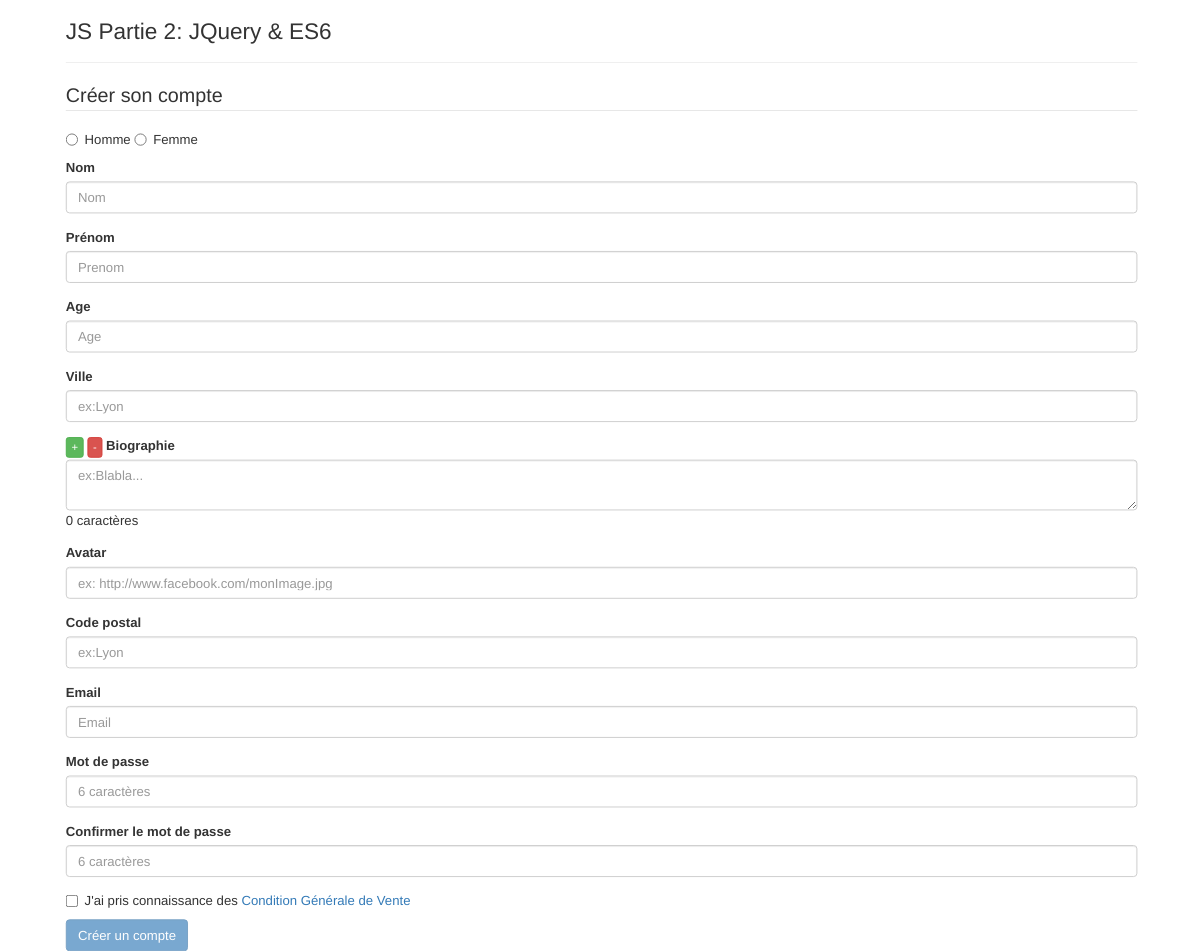
Repository: Symfomany/WildJQueryForm
Page: index.html
An editor plug-in stored every save of this project. The page is shown before and after the next save, followed by the edit.
The browser window is 1280 px wide. The pictures show the whole page, at 94% of full size.

Above is the page before, as saved 2017-03-06 07:04:05.

### index.html
<!DOCTYPE html>
<html lang="en">

<head>
    <title></title>
    <meta charset="UTF-8">
    <meta name="viewport" content="width=device-width, initial-scale=1">
    <!-- Latest compiled and minified CSS & JS -->
    <link rel="stylesheet" media="screen" href="http://netdna.bootstrapcdn.com/bootstrap/3.3.4/css/bootstrap.min.css">

</head>

<body>

    <div class="container">

        <h3>JS Partie 2: JQuery & ES6</h3>
        <hr />


        <form action="" method="POST" role="form">
            <legend>Créer son compte</legend>

            <div class="radio">
                <label>
                    <input type="radio" name="sexe" id="homme" value="homme">
                    Homme
                </label>
                <label>
                    <input type="radio" name="sexe" id="femme" value="femme" >
                    Femme
                </label>
            </div>


            <div class="form-group">
                <label for="">Nom</label>
                <input type="text" class="form-control" id="nom" placeholder="Nom">
            </div>

            <div class="form-group">
                <label for="">Prénom</label>
                <input type="text" class="form-control" id="prenom" placeholder="Prenom">
            </div>

            <div class="form-group">
                <label for="">Age</label>
                <input type="text" class="form-control" id="age" placeholder="Age">
            </div>

            <div class="form-group">
                <label for="">Ville</label>
                <input type="text" class="form-control" id="ville" placeholder="ex:Lyon">
            </div>

            <div class="form-group">
                <button class="btn btn-xs btn-success">+</button>
                <button class="btn btn-xs btn-danger">-</button>
                <label for="">Biographie</label>
                <textarea class="form-control" id="biography" placeholder="ex:Blabla..."></textarea>
                <span id="nbCars">0</span> caractères
            </div>



            <div class="form-group">
                <label for="">Avatar</label>
                <input type="url" class="form-control" id="avatar" placeholder="ex: http://www.facebook.com/monImage.jpg">
            </div>

            <div class="form-group">
                <label for="">Code postal</label>
                <input type="text" class="form-control" id="cp" placeholder="ex:Lyon">
            </div>

            <div class="form-group">
                <label for="">Email</label>
                <input type="email" class="form-control" id="email" placeholder="Email">
            </div>

            <div class="form-group">
                <label for="">Mot de passe</label>
                <input type="password" class="form-control" id="password" placeholder="6 caractères">
            </div>

            <div class="form-group">
                <label for="">Confirmer le mot de passe</label>
                <input type="password" class="form-control" id="password" placeholder="6 caractères">
            </div>


            <div class="checkbox">
                <label>
                    <input type="checkbox"> J'ai pris connaissance des <a>Condition Générale de Vente</a>
                </label>
            </div>


            <button disabled type="submit" class="btn btn-primary">Créer un compte</button>
        </form>


    </div>

    <script src="http://code.jquery.com/jquery.js"></script>
    <script src="http://netdna.bootstrapcdn.com/bootstrap/3.3.4/js/bootstrap.min.js"></script>

</body>

</html>

After the next save:
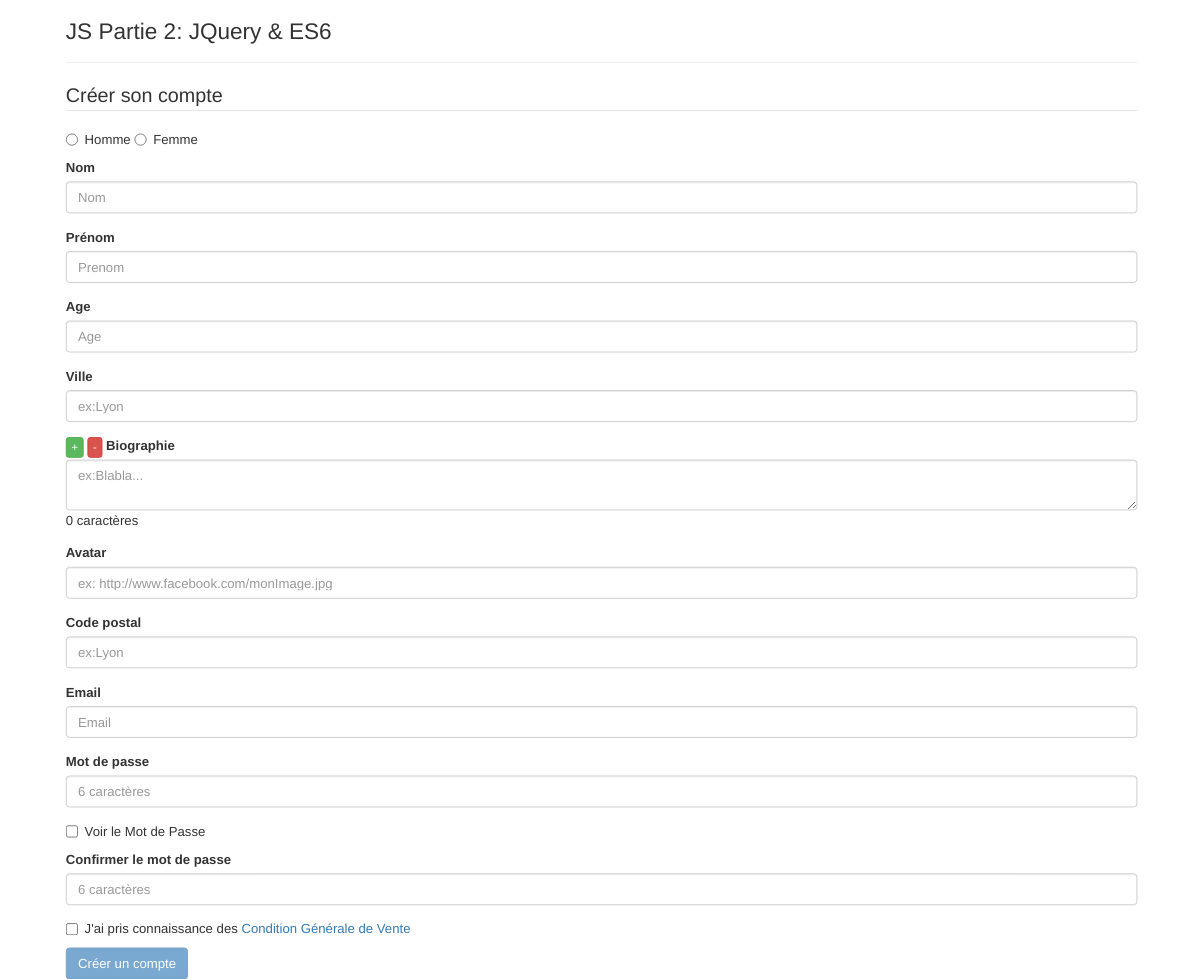
Saved 3 min 42 s later.
--- a/index.html
+++ b/index.html
@@ -83,11 +83,16 @@
                 <input type="password" class="form-control" id="password" placeholder="6 caractères">
             </div>
 
+            <div class="checkbox">
+                <label>
+                    <input type="checkbox"> Voir le Mot de Passe
+                </label>
+            </div>
+
             <div class="form-group">
                 <label for="">Confirmer le mot de passe</label>
                 <input type="password" class="form-control" id="password" placeholder="6 caractères">
             </div>
-
 
             <div class="checkbox">
                 <label>
